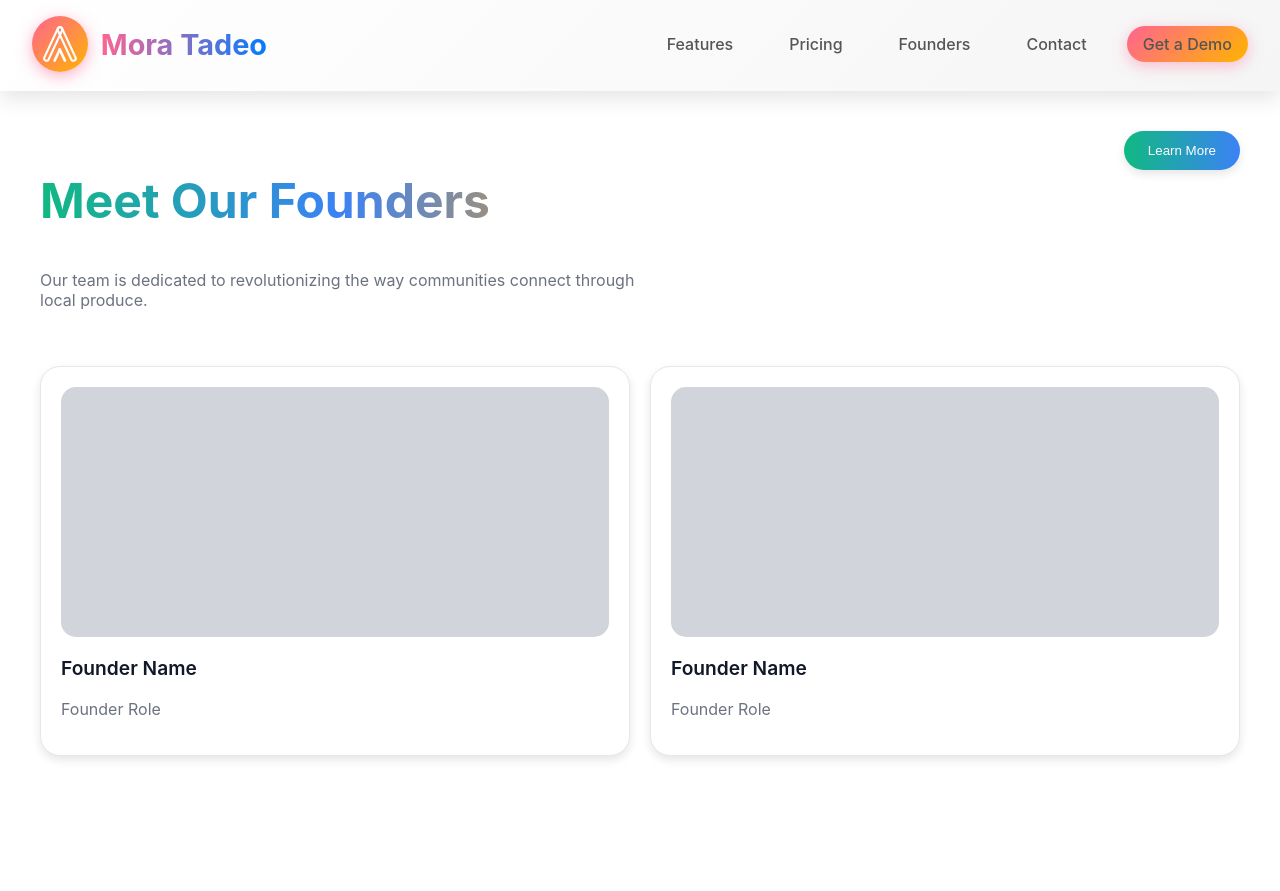
Repository: AbrahamM007/moratadeo
Page: /founders
The author's editor kept a copy of each file at every save. The page is drawn from the files as they stood at one save, then again after the next save.
The browser window is 1280 px wide. The pictures show the whole page.
The project was rebuilt for these pictures with package versions that can differ from the ones it lists, and the page was loaded fresh each time. Also part of the build but not shown: src/HeroSection.css, src/HeroSection.js, src/InfoSection.css, src/InfoSection.js, src/RoadmapSection.css, src/RoadmapSection.js, src/DesignPhaseSection.js, src/HeroBanner.js and 7 more.

Above is the page before, as saved 2025-02-15 13:11:41.

After the next save:
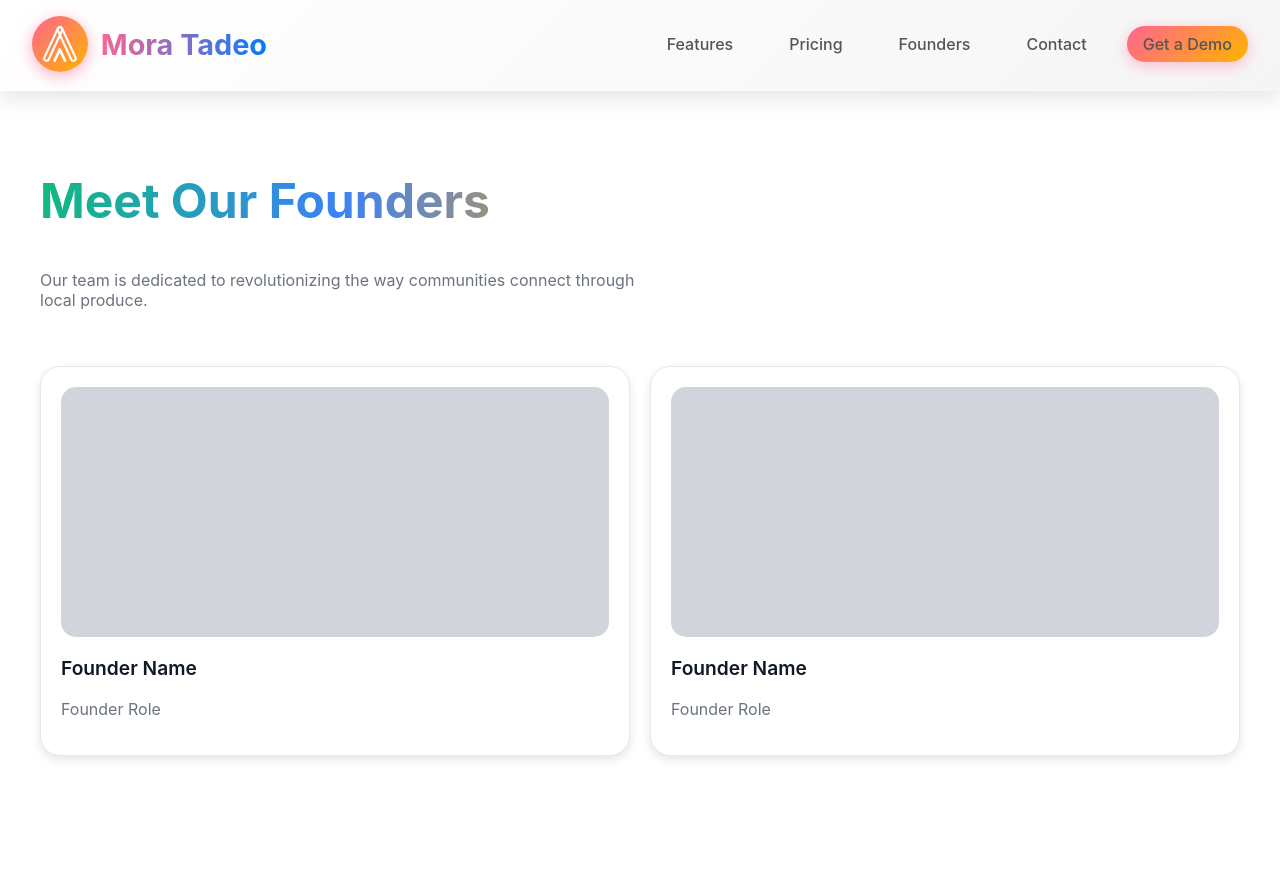
Saved 12 s later.
--- a/src/FoundersPage.js
+++ b/src/FoundersPage.js
@@ -13,7 +13,7 @@ const FoundersPage = () => {
             Our team is dedicated to revolutionizing the way communities connect through local produce.
           </p>
         </div>
-        <button className="gradient-button">Learn More</button>
+        {/* <button className="gradient-button">Learn More</button> */}
       </div>
 
       {/* Founders Section */}
